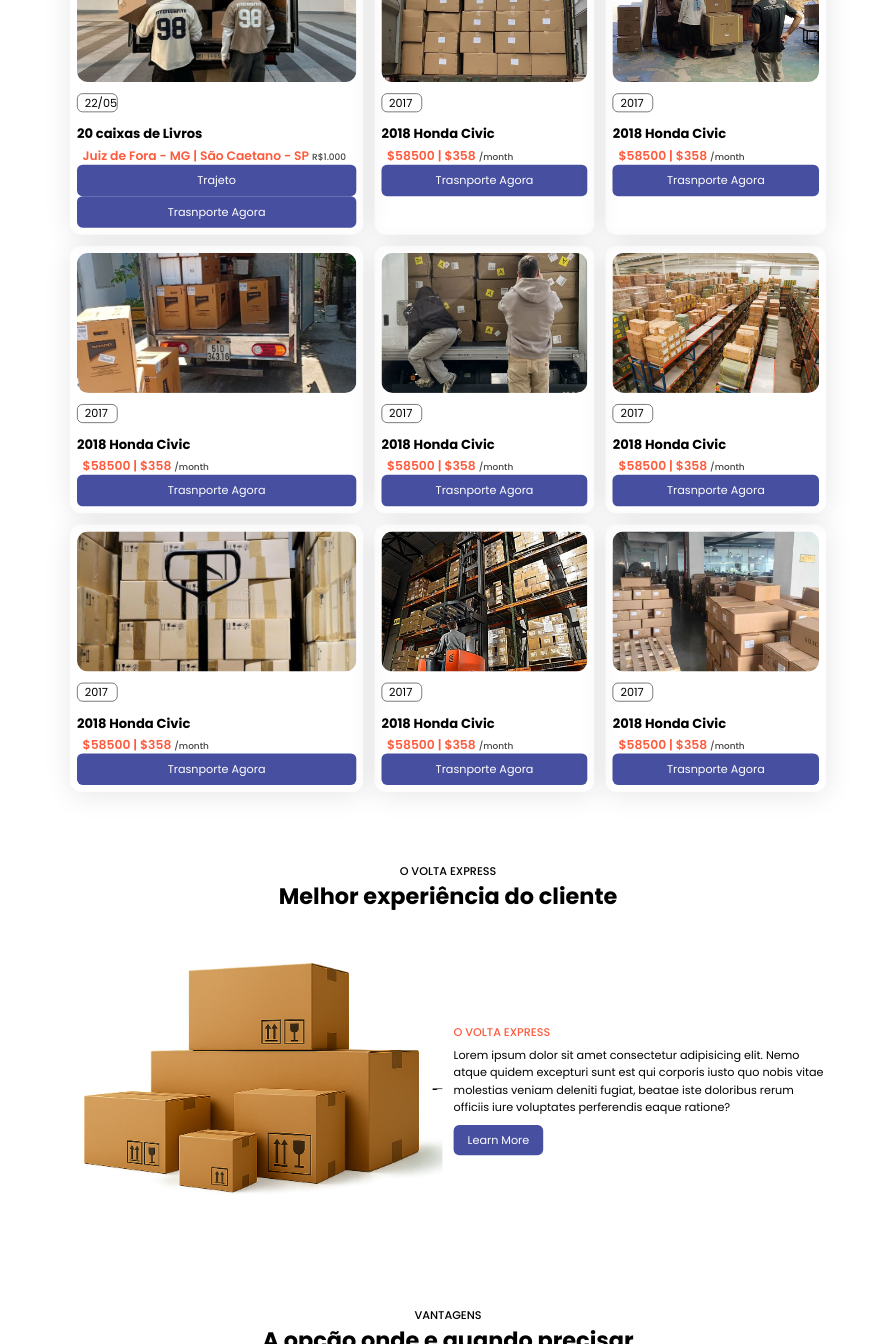
Repository: douglasabnovato/transportation
Page: index.html
The author's editor kept a copy of each file at every save. The page is drawn from the files as they stood at one save, then again after the next save.
The browser window is 1280 px wide. The pictures show the part of the page from y = 1476 to 3396 px (the page is 4079 px tall before and 4034 px after), at 70% of full size.

Above is the page before, as saved 2025-05-19 01:12:55.

After the next save:
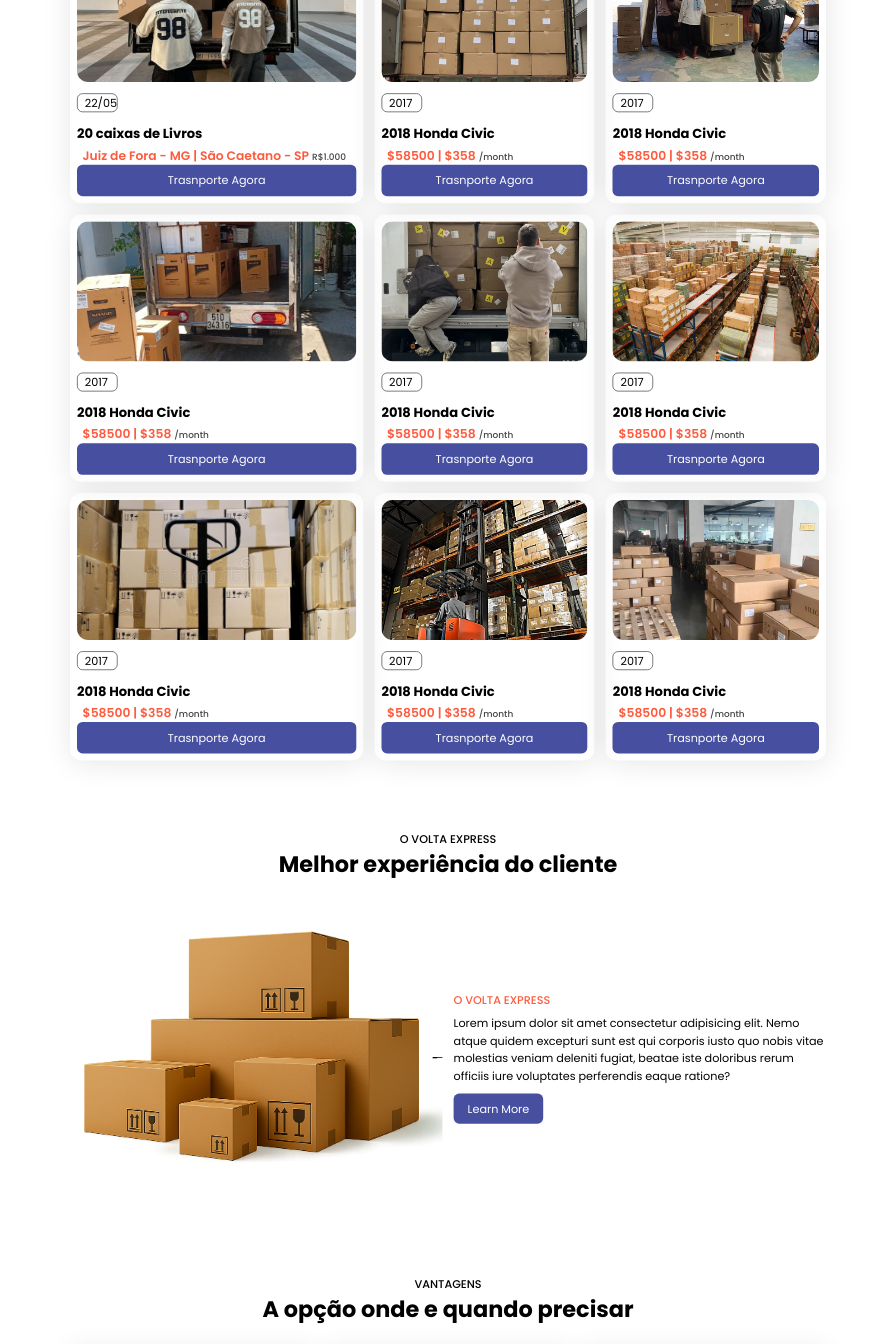
Saved 27 s later.
--- a/index.html
+++ b/index.html
@@ -122,8 +122,7 @@
           <p>22/05</p>
           <h3>20 caixas de Livros</h3>
           <h2>Juiz de Fora - MG | São Caetano - SP <span> R$1.000</span></h2>
-          <a href="#" class="btn">Trajeto</a
-          ><a href="#" class="btn">Trasnporte Agora</a>
+          <a href="#" class="btn">Trasnporte Agora</a>
         </div>
 
         <div class="box">
